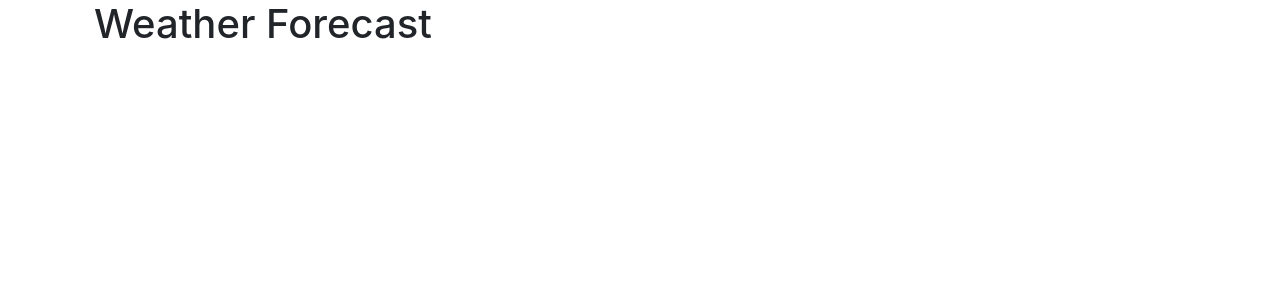
Repository: eidankhan/expenses-calculator
Page: /
These files come from the project's save history. The page is drawn as it stood at one moment and after the next save; the edit follows.
The browser window is 1280 px wide. The pictures show the whole page.
The project was rebuilt for these pictures with package versions that can differ from the ones it lists, and the page was loaded fresh each time. Also part of the build but not shown: src/App.css.

Above is the page before, as saved 2021-11-26 11:23:38.

### public/index.html
<!DOCTYPE html>
<html lang="en">
  <head>
    <meta charset="utf-8" />
    <link rel="icon" href="%PUBLIC_URL%/favicon.ico" />
    <meta name="viewport" content="width=device-width, initial-scale=1" />
    <meta name="theme-color" content="#000000" />
    <meta
      name="description"
      content="Web site created using create-react-app"
    />
    <link rel="apple-touch-icon" href="%PUBLIC_URL%/logo192.png" />
    <link rel="manifest" href="%PUBLIC_URL%/manifest.json" />
    <!-- CSS only -->
    <link
      href="https://cdn.jsdelivr.net/npm/bootstrap@5.1.3/dist/css/bootstrap.min.css"
      rel="stylesheet"
      integrity="sha384-1BmE4kWBq78iYhFldvKuhfTAU6auU8tT94WrHftjDbrCEXSU1oBoqyl2QvZ6jIW3"
      crossorigin="anonymous"
    />
    <title>Weather Forecast App</title>
  </head>
  <body>
    <noscript>You need to enable JavaScript to run this app.</noscript>
    <div id="root"></div>
    <!-- JavaScript Bundle with Popper -->
    <script
      src="https://cdn.jsdelivr.net/npm/bootstrap@5.1.3/dist/js/bootstrap.bundle.min.js"
      integrity="sha384-ka7Sk0Gln4gmtz2MlQnikT1wXgYsOg+OMhuP+IlRH9sENBO0LRn5q+8nbTov4+1p"
      crossorigin="anonymous"
    ></script>
  </body>
</html>

### src/App.js

import './App.css';
import { Forecast } from './components/Forecast';

function App() {
  return (
    <div className="container">
      <Forecast/>
    </div>
  );
}

export default App;

### src/components/Forecast.js
import React from 'react'

export const Forecast = () => {
    return (
        <div className="container" style={{backgroundColor:"dark"}}>
            <h1> Weather Forecast </h1>
        </div>
    )
}

Loaded but not shown: src/index.js (common file); src/index.css (common file)

After the next save:
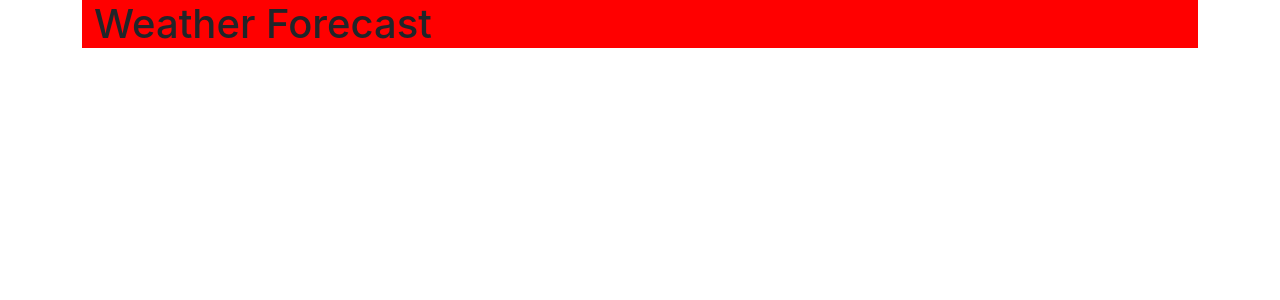
Saved 12 s later.
--- a/src/components/Forecast.js
+++ b/src/components/Forecast.js
@@ -2,7 +2,7 @@
 
 export const Forecast = () => {
     return (
-        <div className="container" style={{backgroundColor:"dark"}}>
+        <div className="container" style={{backgroundColor:"red"}}>
             <h1> Weather Forecast </h1>
         </div>
     )
